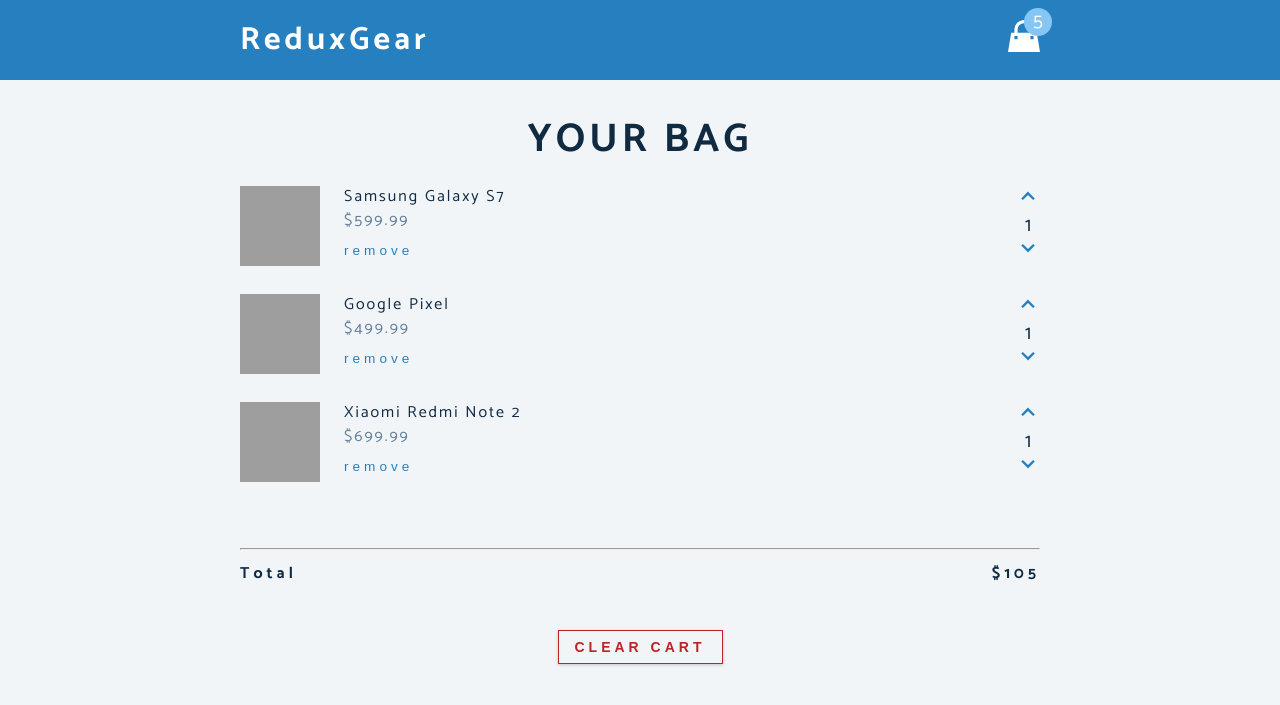
Repository: akinsikuoluwafemi/redux-cart
Page: /
These files come from the project's save history. The page is drawn as it stood at one moment and after a run of saves; the edit follows.
The browser window is 1280 px wide. The pictures show the whole page.
Pictures or frames that could not be fetched are drawn as grey boxes. The project was rebuilt for these pictures with package versions that can differ from the ones it lists, and the page was loaded fresh each time.

Above is the page before, as saved 2021-02-01 09:03:36.

After the next 2 saves:
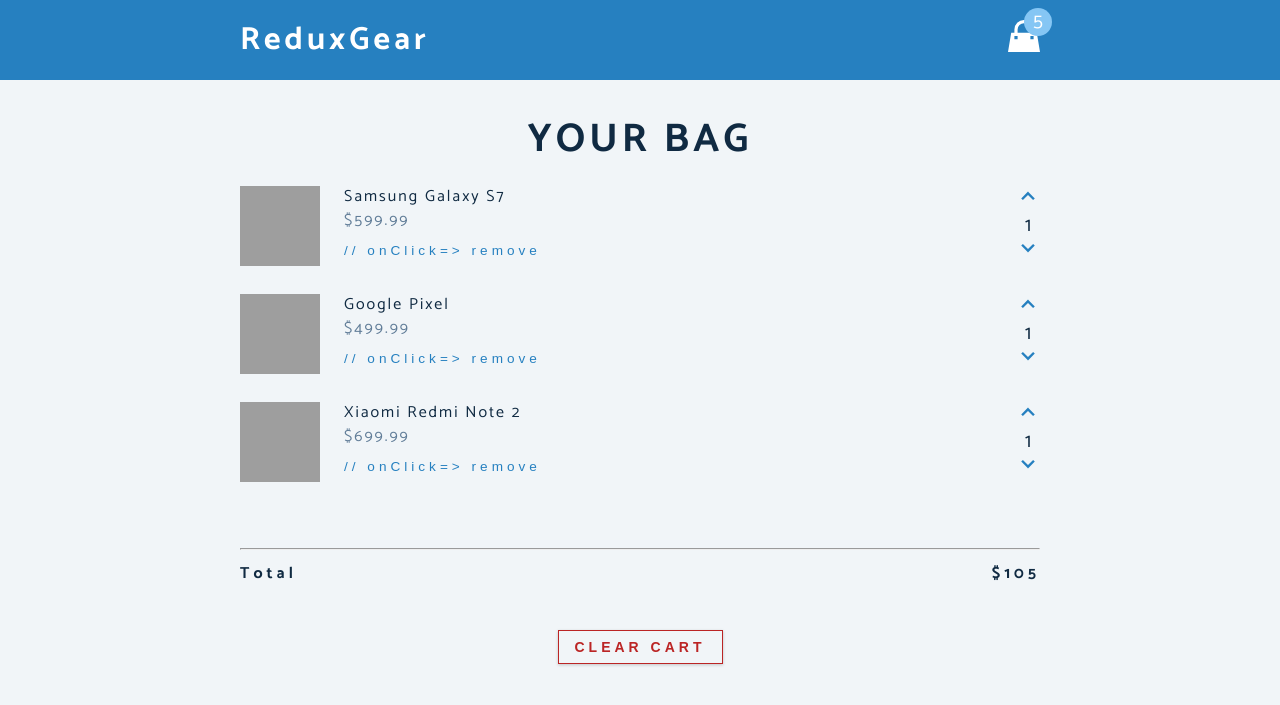
The 2 saves are shown as one change because 1 did not build or start.
The last was saved 11 s later.
--- a/src/components/CartItem.js
+++ b/src/components/CartItem.js
@@ -16,8 +16,9 @@
         {/* remove button */}
         <button className="remove-btn"
 
+          onClick={() => remove()}>
 
-          onClick={() => remove()}>
+          // onClick={() => remove()}>
           remove
         </button>
       </div>
